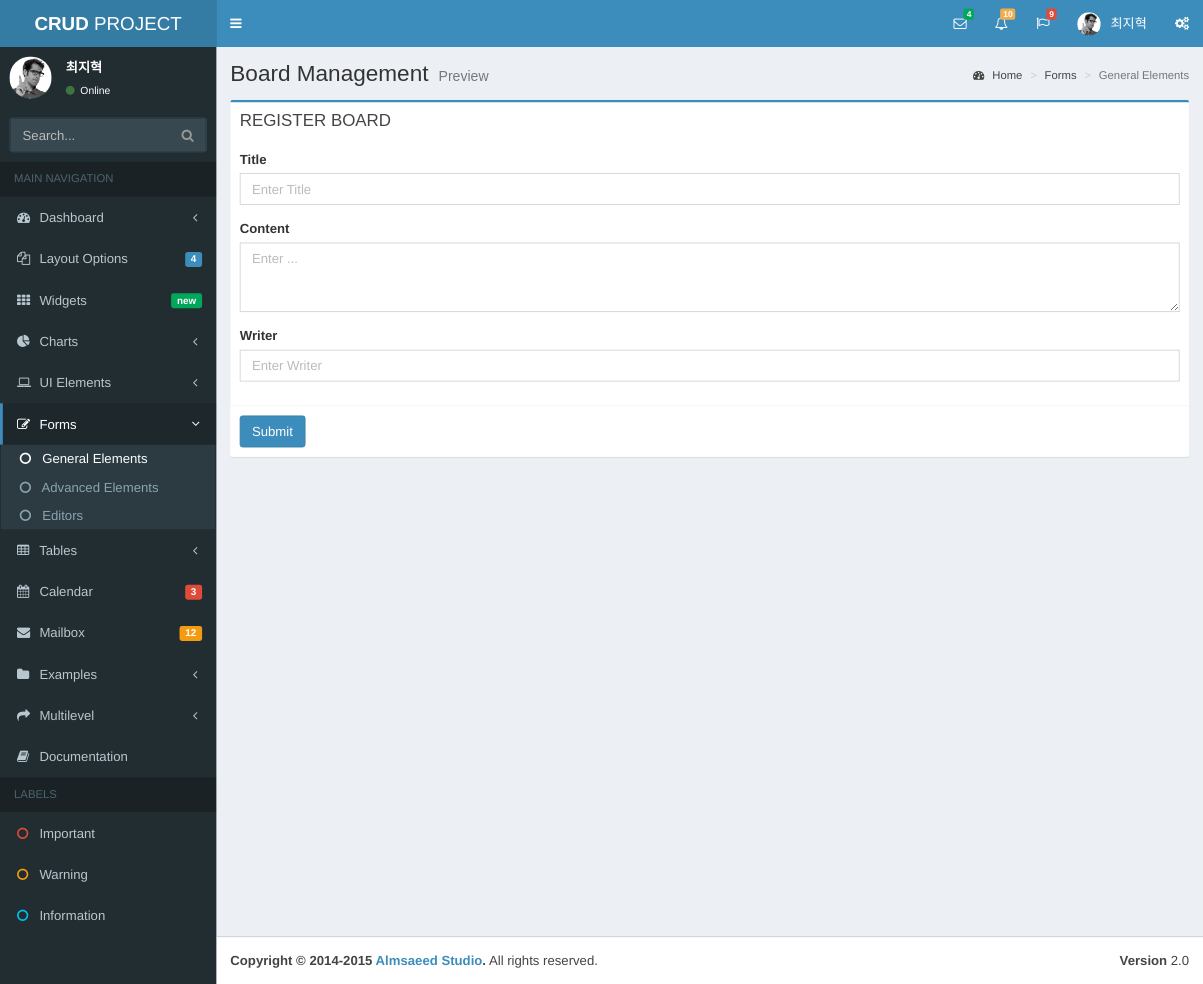
Repository: choiji12/CRUDBoard-Spring
Page: http://localhost/Hello/WEB-INF/views/sboard/register.jsp
These files come from the project's save history. The page is drawn as it stood at one moment and after the next save; the edit follows.
The browser window is 1280 px wide. The pictures show the whole page, at 94% of full size.
Some web fonts or font styles are not loaded; a fallback is used. Some web libraries are served in a nearby version. The page is served by Tomcat 9. Nobody is signed in. The template is opened directly, without the code that normally fills it, so the values that code supplies are empty.

Above is the page before, as saved 2023-12-11 07:43:29.

After the next save:
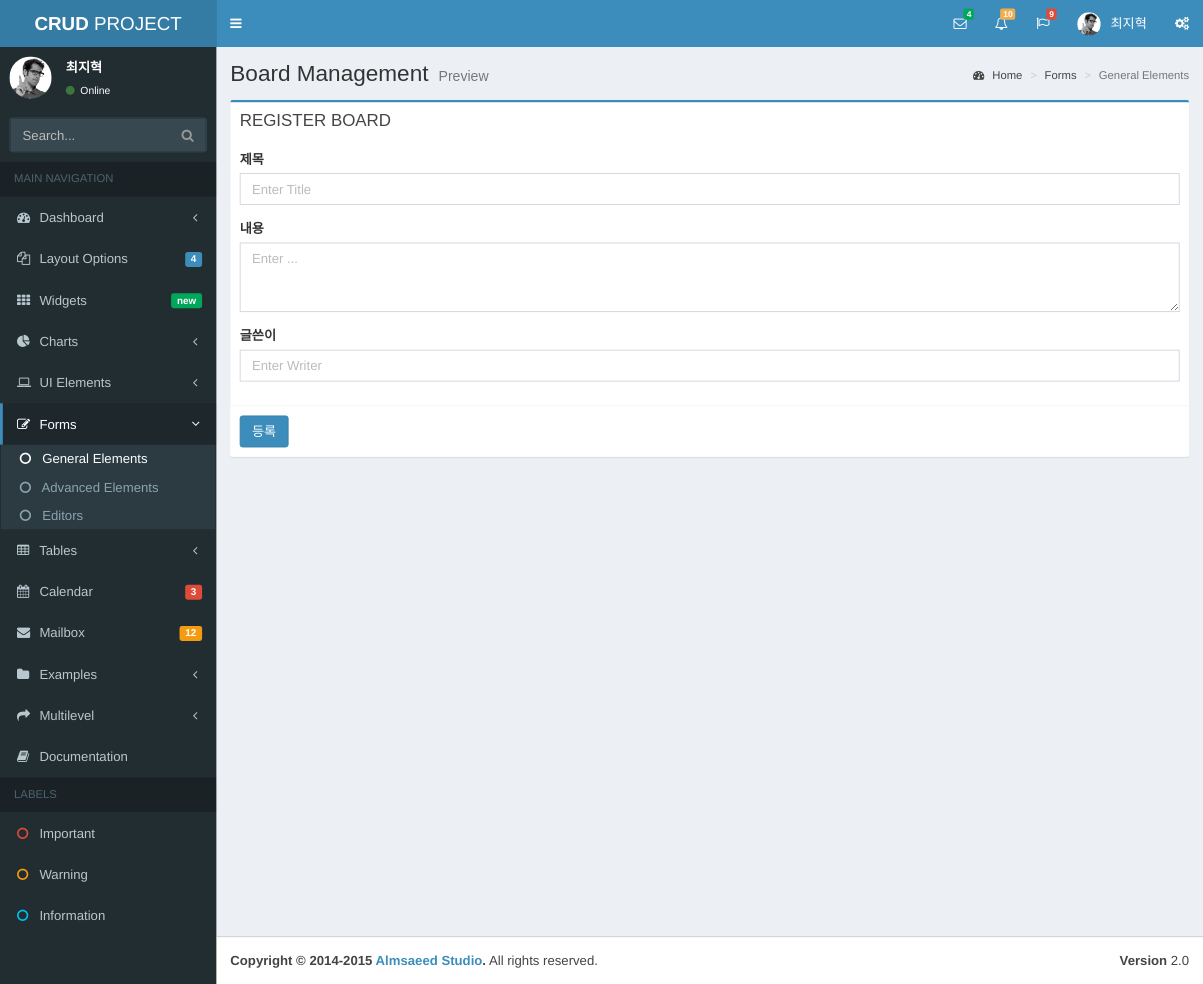
Saved 16 min 19 s later.
--- a/Hello/src/main/webapp/WEB-INF/views/sboard/register.jsp
+++ b/Hello/src/main/webapp/WEB-INF/views/sboard/register.jsp
@@ -15,28 +15,30 @@
 				</div>
 				<!-- /.box-header -->
 
-				<form role="form" method="post">
-					<div class="box-body">
-						<div class="form-group">
-							<label for="exampleInputEmail1">Title</label> <input type="text"
-								name='title' class="form-control" placeholder="Enter Title">
-						</div>
-						<div class="form-group">
-							<label for="exampleInputPassword1">Content</label>
-							<textarea class="form-control" name="content" rows="3"
-								placeholder="Enter ..."></textarea>
-						</div>
-						<div class="form-group">
-							<label for="exampleInputEmail1">Writer</label> <input type="text"
-								name="writer" class="form-control" placeholder="Enter Writer">
-						</div>
-					</div>
-					<!-- /.box-body -->
+<form role="form" method="post">
+	<div class="box-body">
+		<div class="form-group">
+			<label for="exampleInputEmail1">제목</label>
+			<input type="text"
+				name='title' class="form-control" placeholder="Enter Title">
+		</div>
+		<div class="form-group">
+			<label for="exampleInputPassword1">내용</label>
+			<textarea class="form-control" name="content" rows="3"
+				placeholder="Enter ..."></textarea>
+		</div>
+		<div class="form-group">
+			<label for="exampleInputEmail1">글쓴이</label>
+			<input type="text"
+				name="writer" class="form-control" placeholder="Enter Writer">
+		</div>
+	</div>
+	<!-- /.box-body -->
 
-					<div class="box-footer">
-						<button type="submit" class="btn btn-primary">Submit</button>
-					</div>
-				</form>
+	<div class="box-footer">
+		<button type="submit" class="btn btn-primary">등록</button>
+	</div>
+</form>
 
 
 			</div>
